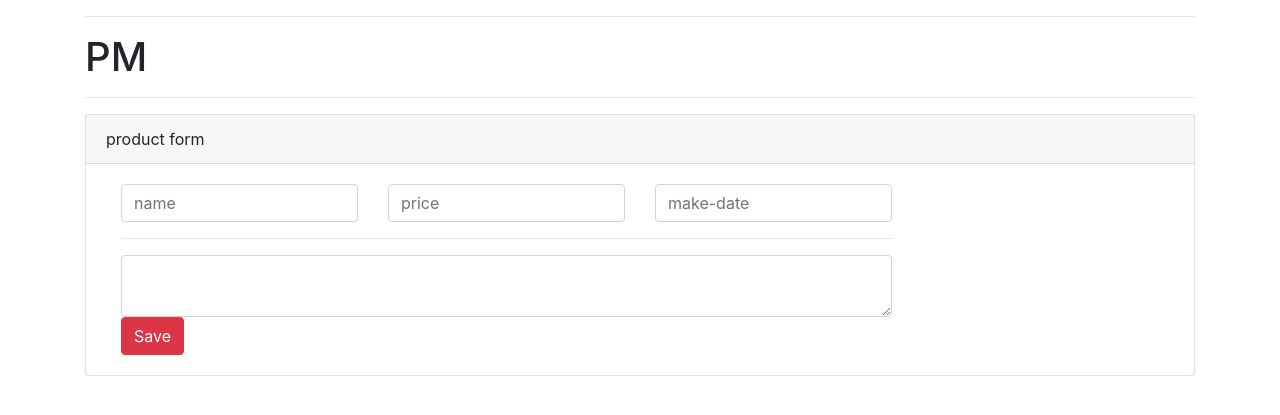
Repository: Akashk29/Wissen-Training-Projects
Page: webjavathings/PM-v1/WebContent/pm.html
An editor plug-in stored every save of this project. The page is shown before and after the next save, followed by the edit.
The browser window is 1280 px wide. The pictures show the whole page.

Above is the page before, as saved 2018-06-25 09:13:30.

### webjavathings/PM-v1/WebContent/pm.html
<!DOCTYPE html>
<html>
<head>
<meta charset="ISO-8859-1">
<title>PM</title>
<link href="css/bootstrap.css" rel="stylesheet" />
</head>
<body class="container">

	<hr />
	<h1>PM</h1>
	<hr />

	<div class="card">
		<div class="card-header">product form</div>
		<div class="card-body">
			<form>
				<div class="col-sm-8 col-md-9">
					<div class="row">
						<div class="col">
							<input type="text" class="form-control" placeholder="name">
						</div>
						<div class="col">
							<input type="number" class="form-control" placeholder="price">
						</div>
						<div class="col">
							<input type="text" class="form-control" placeholder="make-date">
						</div>
					</div>
					<hr />
					<div class="row">
						<div class="col">
							<textarea rows="" cols="" class="form-control"
								placeholder="description">
        </textarea>
						</div>
					</div>

					<button class="btn btn-danger">Save</button>
			</form>
		</div>
	</div>
	</div>
</body>
</html>

Loaded but not shown: webjavathings/PM-v1/WebContent/css/bootstrap.css (library)

After the next save:
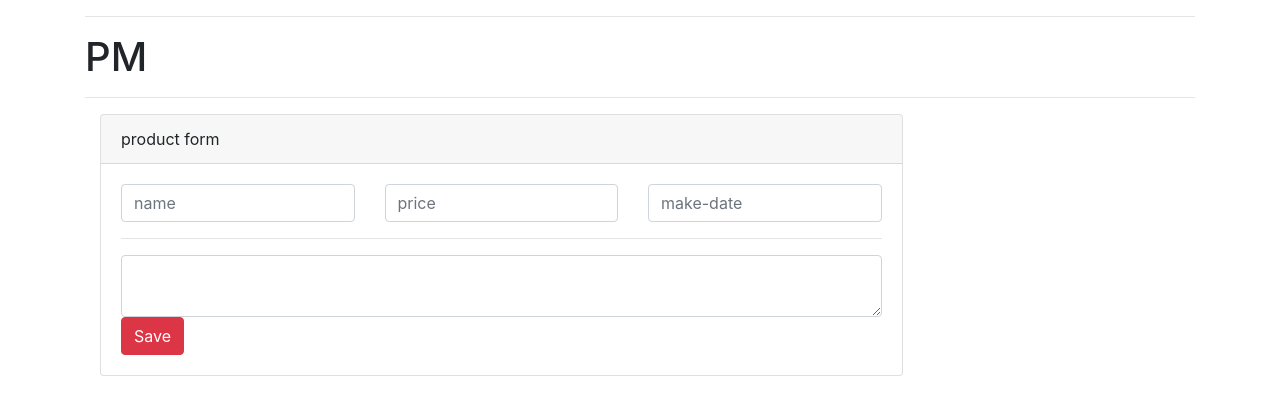
Saved 83 s later.
--- a/webjavathings/PM-v1/WebContent/pm.html
+++ b/webjavathings/PM-v1/WebContent/pm.html
@@ -10,12 +10,11 @@
 	<hr />
 	<h1>PM</h1>
 	<hr />
-
+    <div class="col-sm-8 col-md-9">
 	<div class="card">
 		<div class="card-header">product form</div>
 		<div class="card-body">
 			<form>
-				<div class="col-sm-8 col-md-9">
 					<div class="row">
 						<div class="col">
 							<input type="text" class="form-control" placeholder="name">
